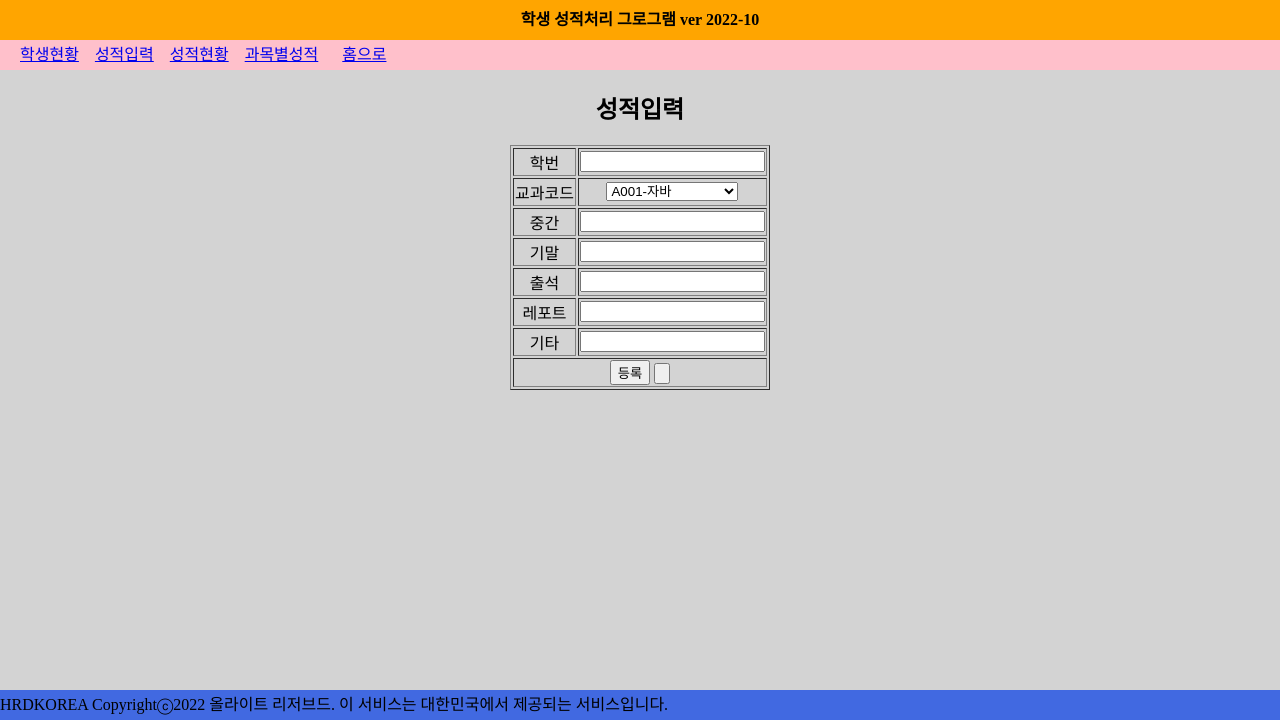
Repository: GotChun/license_practice
Page: http://localhost/HRD_0525/insert.jsp
An editor plug-in stored every save of this project. The page is shown before and after the next save, followed by the edit.
The browser window is 1280 px wide. The pictures show the whole page.
The page is served by Tomcat 9.

Above is the page before, as saved 2025-02-22 13:17:23.

### HRD_0525/src/main/webapp/insert.jsp
<%@ page language="java" contentType="text/html; charset=UTF-8"
    pageEncoding="UTF-8"%>
<!DOCTYPE html>
<html>
<head>
<meta charset="UTF-8">
<title>Insert title here</title>
</head>
<body>
<jsp:include page="header.jsp"></jsp:include>

<section style="position:fixed; top:70px; left:0px; width:100%; height:100%; background-color:lightgray;">
<h2 style="text-align:center;"> 성적입력</h2>
<form action="" style="display:flex; justify-content: center; text-align: center">
<table border="1">
	<tr>
		<td>학번</td>
		<td><input type="text" name="sid"> </td>
	</tr>
	<tr>
		<td>교과코드</td>
		<td> <select name="subcode">
			<option value="1"> A001-자바</option>
			<option value="2"> A002-C언어</option>
			<option value="3"> A003-데이터베이스</option>
			<option value="4"> A004-웹프로그래밍</option>
			<option value="5"> A005-영어</option>
		</select> </td>
	</tr>
	<tr>
		<td>중간</td>
		<td><input type="number" name="midscore"> </td>
	</tr>
	<tr>
		<td>기말</td>
		<td><input type="number" name="finalscore"> </td>
	</tr>
	<tr>
		<td>출석</td>
		<td><input type="number" name="attend"> </td>
	</tr>
	<tr>
		<td>레포트</td>
		<td><input type="number" name="report"> </td>
	</tr>
	<tr>
		<td>기타</td>
		<td><input type="number" name="etc"> </td>
	</tr>
	<tr>
		<td colspan="2">
			<input type="button" value="등록">
			<input type="button">
		</td>
	</tr>
</table>
</form>

</section>

<jsp:include page="footer.jsp"></jsp:include>
</body>
</html>

### HRD_0525/src/main/webapp/header.jsp
<%@ page language="java" contentType="text/html; charset=UTF-8"
    pageEncoding="UTF-8"%>
<!DOCTYPE html>
<html>
<head>
<meta charset="UTF-8">
<title>header</title>
</head>
<body>
	<header
		style="position: fixed; top: 0; left:0px; width: 100%; height: 40px; line-height: 40px; background-color: orange; text-align: center">
		<b>학생 성적처리 그로그램 ver 2022-10</b>
	</header>

	<nav style="position:fixed; top:40px; left:0px; width:100%; height:30px; line-height:30px; background-color: pink; padding-left:20px; ">
		<a href="slist.jsp">학생현황</a> &nbsp;&nbsp;
		<a href="insert.jsp">성적입력</a> &nbsp;&nbsp;
		<a href="jumlist.jsp">성적현황</a> &nbsp;&nbsp;
		<a href="search.jsp">과목별성적</a> &nbsp;&nbsp;&nbsp;&nbsp;
		<a href="index.jsp">홈으로</a>
	</nav>
</body>
</html>

### HRD_0525/src/main/webapp/footer.jsp
<%@ page language="java" contentType="text/html; charset=UTF-8"
    pageEncoding="UTF-8"%>
<!DOCTYPE html>
<html>
<head>
<meta charset="UTF-8">
<title>footer</title>
</head>
<body>
<footer style="position:fixed; bottom:0;left:0; width:100%; height:30px; line-height:30px; background-color: royalblue;">
HRDKOREA Copyrightⓒ2022 올라이트 리저브드. 이 서비스는 대한민국에서 제공되는 서비스입니다.
</footer>
</body>
</html>

After the next save:
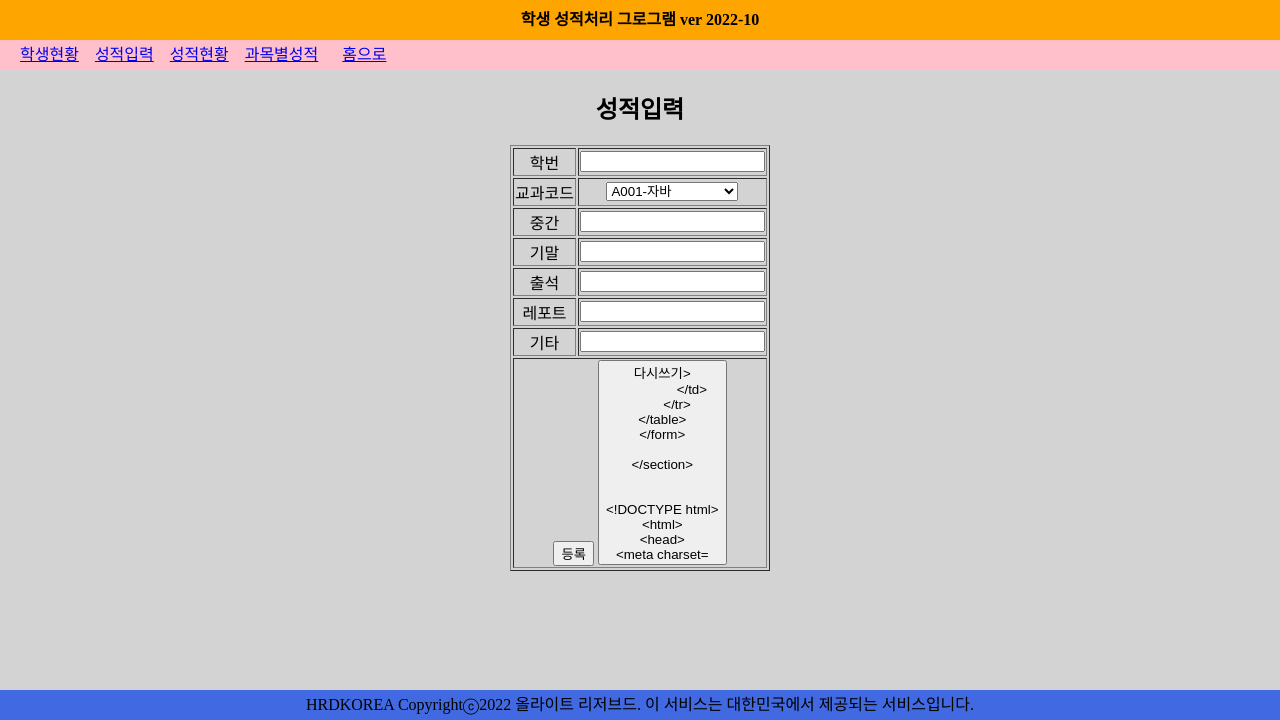
Saved 7 s later.
--- a/HRD_0525/src/main/webapp/insert.jsp
+++ b/HRD_0525/src/main/webapp/insert.jsp
@@ -50,7 +50,7 @@
 	<tr>
 		<td colspan="2">
 			<input type="button" value="등록">
-			<input type="button">
+			<input type="button" value="다시쓰기>
 		</td>
 	</tr>
 </table>
